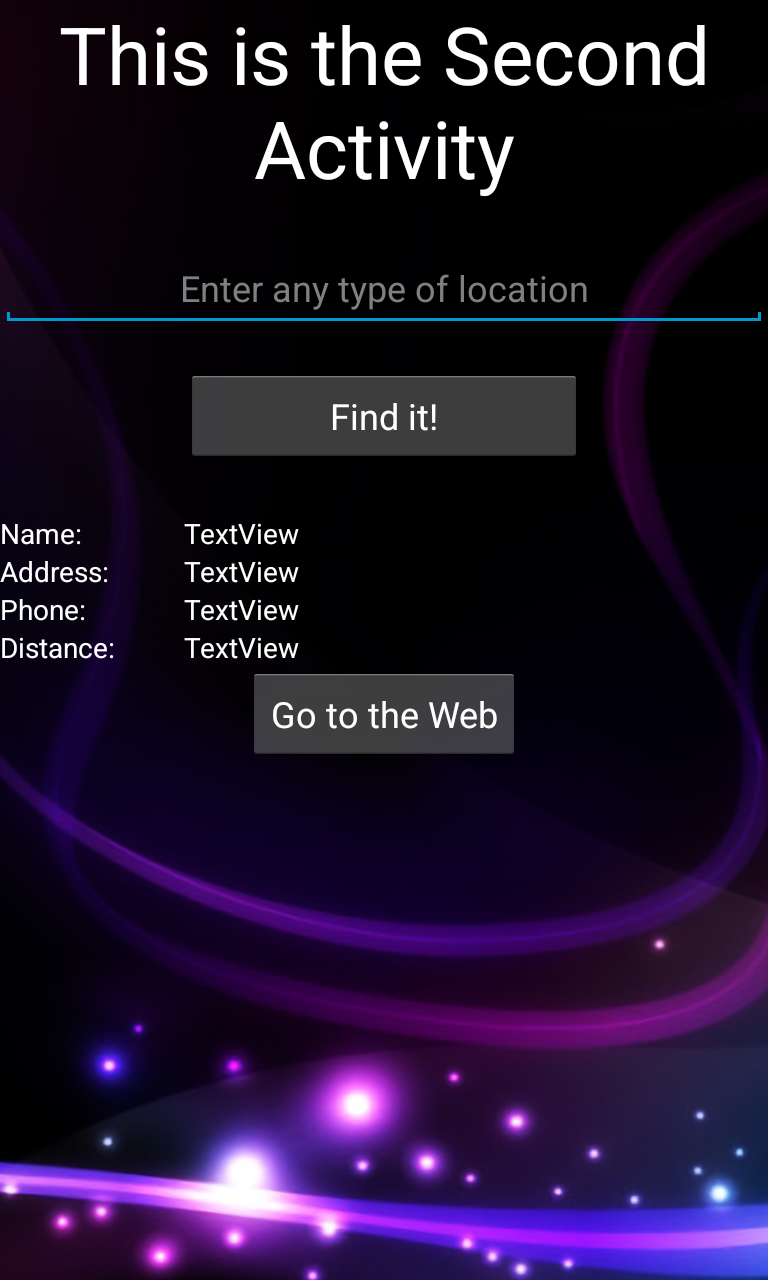
Repository: fsoDannis/workspace
Layout: findIt_3/res/layout/second.xml
These files come from the project's save history. The layout is drawn as it stood at one moment and after the next save; the edit follows.
It is drawn on a 768 x 1280 px phone screen (xhdpi) without system bars, with theme AppTheme; the app's code is not run.

Above is the layout before, as saved 2013-02-15 02:50:48.

### findIt_3/res/layout/second.xml
<?xml version="1.0" encoding="utf-8"?>
<RelativeLayout xmlns:android="http://schemas.android.com/apk/res/android"
    android:layout_width="match_parent"
    android:layout_height="match_parent"
    android:background="@drawable/background2"
    android:orientation="vertical" >

    <TextView
        android:id="@+id/textView1"
        android:layout_width="fill_parent"
        android:layout_height="wrap_content"
        android:gravity="center_vertical|center_horizontal"
        android:text="This is the Second Activity"
        android:textColor="#FFFFFF"
        android:textSize="40sp" />

    <TextView
        android:id="@+id/nameLabel"
        android:layout_width="wrap_content"
        android:layout_height="wrap_content"
        android:layout_alignParentLeft="true"
        android:layout_below="@+id/button1"
        android:layout_marginTop="25dp"
        android:layout_toLeftOf="@+id/button1"
        android:textColor="#FFFFFF"
        android:text="Name: " />

    <TextView
        android:id="@+id/_name"
        android:layout_width="wrap_content"
        android:layout_height="wrap_content"
        android:layout_alignBaseline="@+id/nameLabel"
        android:layout_alignBottom="@+id/nameLabel"
        android:layout_alignLeft="@+id/_address"
        android:layout_alignParentRight="true"
        android:textColor="#FFFFFF"
        android:text="TextView" />

    <TextView
        android:id="@+id/addresssLabel"
        android:layout_width="wrap_content"
        android:layout_height="wrap_content"
        android:layout_alignParentLeft="true"
        android:layout_below="@+id/nameLabel"
        android:layout_toLeftOf="@+id/button1"
        android:textColor="#FFFFFF"
        android:text="Address: " />

    <TextView
        android:id="@+id/_address"
        android:layout_width="wrap_content"
        android:layout_height="wrap_content"
        android:layout_alignLeft="@+id/button1"
        android:layout_alignParentRight="true"
        android:layout_below="@+id/_name"
        android:textColor="#FFFFFF"
        android:text="TextView" />

    <TextView
        android:id="@+id/phoneLabel"
        android:layout_width="wrap_content"
        android:layout_height="wrap_content"
        android:layout_alignParentLeft="true"
        android:layout_alignRight="@+id/addresssLabel"
        android:layout_below="@+id/addresssLabel"
        android:textColor="#FFFFFF"
        android:text="Phone: " />

    <TextView
        android:id="@+id/_phone"
        android:layout_width="wrap_content"
        android:layout_height="wrap_content"
        android:layout_alignBaseline="@+id/phoneLabel"
        android:layout_alignBottom="@+id/phoneLabel"
        android:layout_alignLeft="@+id/_address"
        android:layout_alignParentRight="true"
        android:textColor="#FFFFFF"
        android:text="TextView" />

    <TextView
        android:id="@+id/distanceLabel"
        android:layout_width="wrap_content"
        android:layout_height="wrap_content"
        android:layout_alignParentLeft="true"
        android:layout_alignRight="@+id/phoneLabel"
        android:layout_below="@+id/phoneLabel"
        android:textColor="#FFFFFF"
        android:text="Distance: " />

    <TextView
        android:id="@+id/_distance"
        android:layout_width="wrap_content"
        android:layout_height="wrap_content"
        android:layout_alignBaseline="@+id/distanceLabel"
        android:layout_alignBottom="@+id/distanceLabel"
        android:layout_alignLeft="@+id/_phone"
        android:layout_alignParentRight="true"
        android:textColor="#FFFFFF"
        android:text="TextView" />

    <Button
        android:id="@+id/button1"
        android:layout_width="wrap_content"
        android:layout_height="wrap_content"
        android:layout_below="@+id/editText1"
        android:layout_centerHorizontal="true"
        android:layout_marginTop="20dp"
        android:width="200dp"
        android:text="Find it!"
        android:textColor="#FFFFFF" />

    <EditText
        android:id="@+id/editText1"
        android:layout_width="match_parent"
        android:layout_height="wrap_content"
        android:layout_alignParentLeft="true"
        android:layout_below="@+id/textView1"
        android:layout_marginTop="24dp"
        android:ems="10"
        android:gravity="center_vertical|center_horizontal"
        android:hint="Enter any type of location"
        android:textColor="#FFFFFF" >

        <requestFocus />
    </EditText>

    <Button
        android:id="@+id/button2"
        android:layout_width="wrap_content"
        android:layout_height="wrap_content"
        android:layout_below="@+id/_distance"
        android:layout_centerHorizontal="true"
        android:text="Go to the Web"
        android:textColor="#FFFFFF" />

</RelativeLayout>

Loaded but not shown: findIt_3/res/values/styles.xml (common file); findIt_3/res/values-v11/styles.xml (common file); findIt_3/res/values-v14/styles.xml (common file)

After the next save:
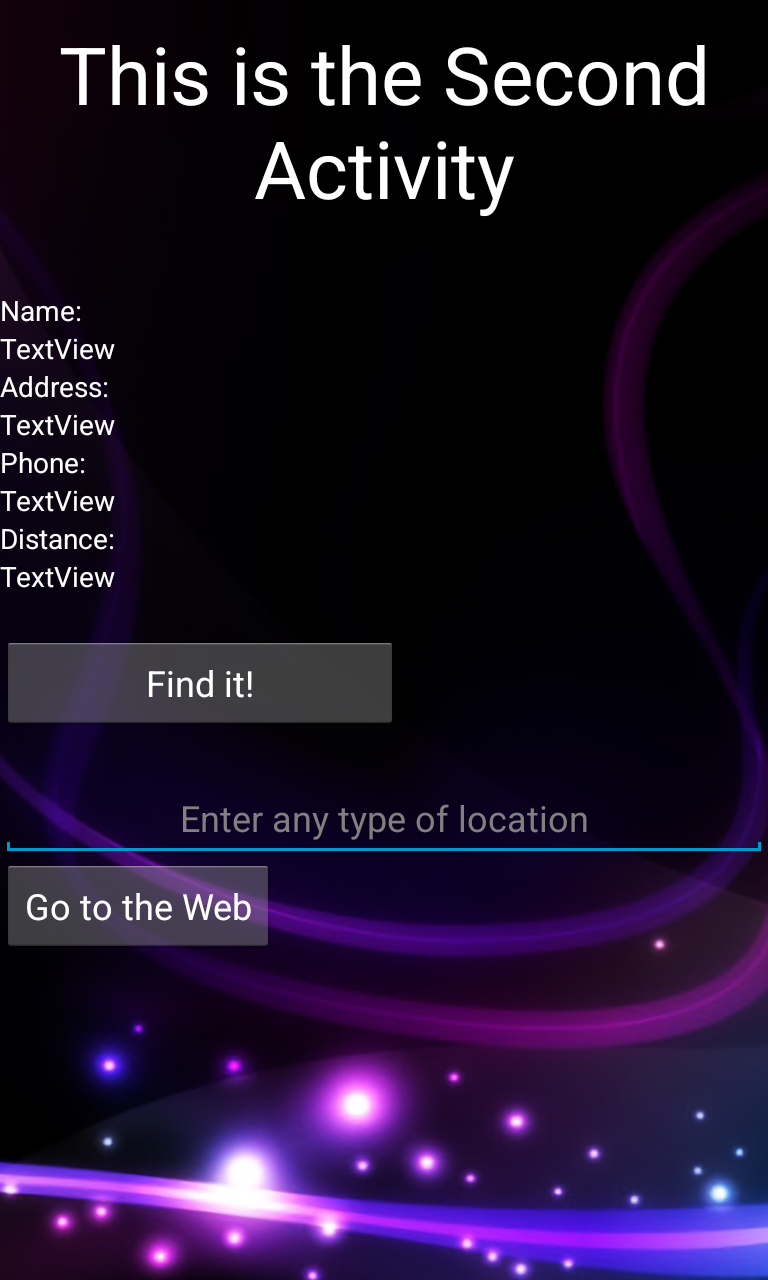
Saved 2 min 35 s later.
--- a/findIt_3/res/layout/second.xml
+++ b/findIt_3/res/layout/second.xml
@@ -1,5 +1,5 @@
 <?xml version="1.0" encoding="utf-8"?>
-<RelativeLayout xmlns:android="http://schemas.android.com/apk/res/android"
+<LinearLayout xmlns:android="http://schemas.android.com/apk/res/android"
     android:layout_width="match_parent"
     android:layout_height="match_parent"
     android:background="@drawable/background2"
@@ -9,7 +9,9 @@
         android:id="@+id/textView1"
         android:layout_width="fill_parent"
         android:layout_height="wrap_content"
-        android:gravity="center_vertical|center_horizontal"
+        android:gravity="center"
+        android:layout_marginBottom="10dp"
+        android:paddingTop="10dp"
         android:text="This is the Second Activity"
         android:textColor="#FFFFFF"
         android:textSize="40sp" />
@@ -133,4 +135,4 @@
         android:text="Go to the Web"
         android:textColor="#FFFFFF" />
 
-</RelativeLayout>
+</LinearLayout>
